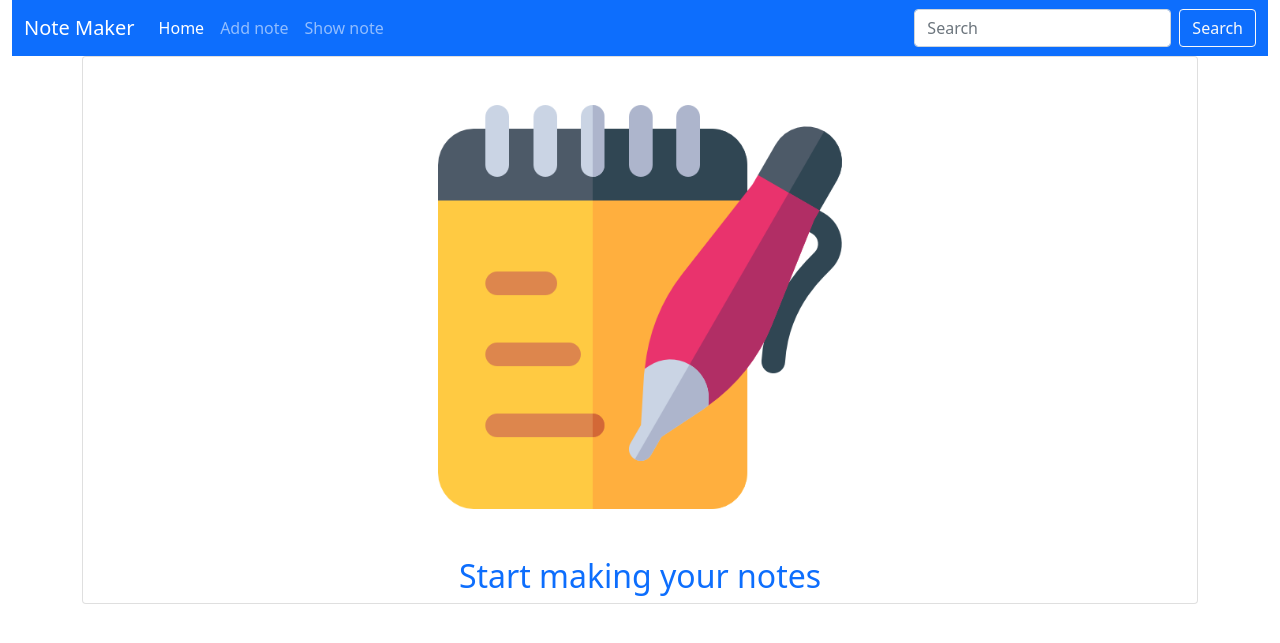
Repository: sachin1830/hibernateproject
Page: http://localhost/com.todolist/
An editor plug-in stored every save of this project. The page is shown before and after the next save, followed by the edit.
The browser window is 1280 px wide. The pictures show the whole page.
Some web libraries are served in a nearby version. The page is served by Tomcat 9. Other server files are loaded and not shown.

Above is the page before, as saved 2021-01-23 06:00:59.

### com.todolist/src/main/webapp/index.jsp
<!doctype html>
<html lang="en">
  <head>
    <!-- Required meta tags -->
    <meta charset="utf-8">
    <meta name="viewport" content="width=device-width, initial-scale=1">

    <!-- Bootstrap CSS -->
    <link href="https://cdn.jsdelivr.net/npm/bootstrap@5.0.0-beta1/dist/css/bootstrap.min.css" rel="stylesheet" integrity="sha384-giJF6kkoqNQ00vy+HMDP7azOuL0xtbfIcaT9wjKHr8RbDVddVHyTfAAsrekwKmP1" crossorigin="anonymous">

    <title>Todolist</title>
  </head>
  <body>
  	<div class="container-fluid">
  		<%@include file="navbar.jsp" %>
  	</div>
  	<div class="container">
  		<div class="card">
  			<img src="img/notes.png" alt="image not found" style="max-width:500px" class="img-fluid mx-auto p-5">
  			<h2 class="text-center text-primary">Start making your notes</h2>
  		</div>
  	</div>

    <script src="https://cdn.jsdelivr.net/npm/bootstrap@5.0.0-beta1/dist/js/bootstrap.bundle.min.js" integrity="sha384-ygbV9kiqUc6oa4msXn9868pTtWMgiQaeYH7/t7LECLbyPA2x65Kgf80OJFdroafW" crossorigin="anonymous"></script>
    <script src="https://cdn.jsdelivr.net/npm/@popperjs/core@2.5.4/dist/umd/popper.min.js" integrity="sha384-q2kxQ16AaE6UbzuKqyBE9/u/KzioAlnx2maXQHiDX9d4/zp8Ok3f+M7DPm+Ib6IU" crossorigin="anonymous"></script>
    <script src="https://cdn.jsdelivr.net/npm/bootstrap@5.0.0-beta1/dist/js/bootstrap.min.js" integrity="sha384-pQQkAEnwaBkjpqZ8RU1fF1AKtTcHJwFl3pblpTlHXybJjHpMYo79HY3hIi4NKxyj" crossorigin="anonymous"></script>

  </body>
</html>

### com.todolist/src/main/webapp/navbar.jsp
<nav class="navbar navbar-expand-lg navbar-dark bg-primary">
  <div class="container-fluid">
    <a class="navbar-brand" href="index.jsp">Note Maker</a>
    <button class="navbar-toggler" type="button" data-bs-toggle="collapse" data-bs-target="#navbarSupportedContent" aria-controls="navbarSupportedContent" aria-expanded="false" aria-label="Toggle navigation">
      <span class="navbar-toggler-icon"></span>
    </button>
    <div class="collapse navbar-collapse" id="navbarSupportedContent">
      <ul class="navbar-nav me-auto mb-2 mb-lg-0">

        <li class="nav-item">
          <a class="nav-link active" aria-current="page" href="index.jsp">Home</a>
        </li>
        <li class="nav-item">
          <a class="nav-link" href="add_note.jsp">Add note </a>
        </li>
         <li class="nav-item">
          <a class="nav-link" href="all_note.jsp">Show note </a>
        </li>

      </ul>
      <form class="d-flex">
        <input class="form-control me-2" type="search" placeholder="Search" aria-label="Search">
        <button class="btn btn-outline-light" type="submit">Search</button>
      </form>
    </div>
  </div>
</nav>

After the next save:
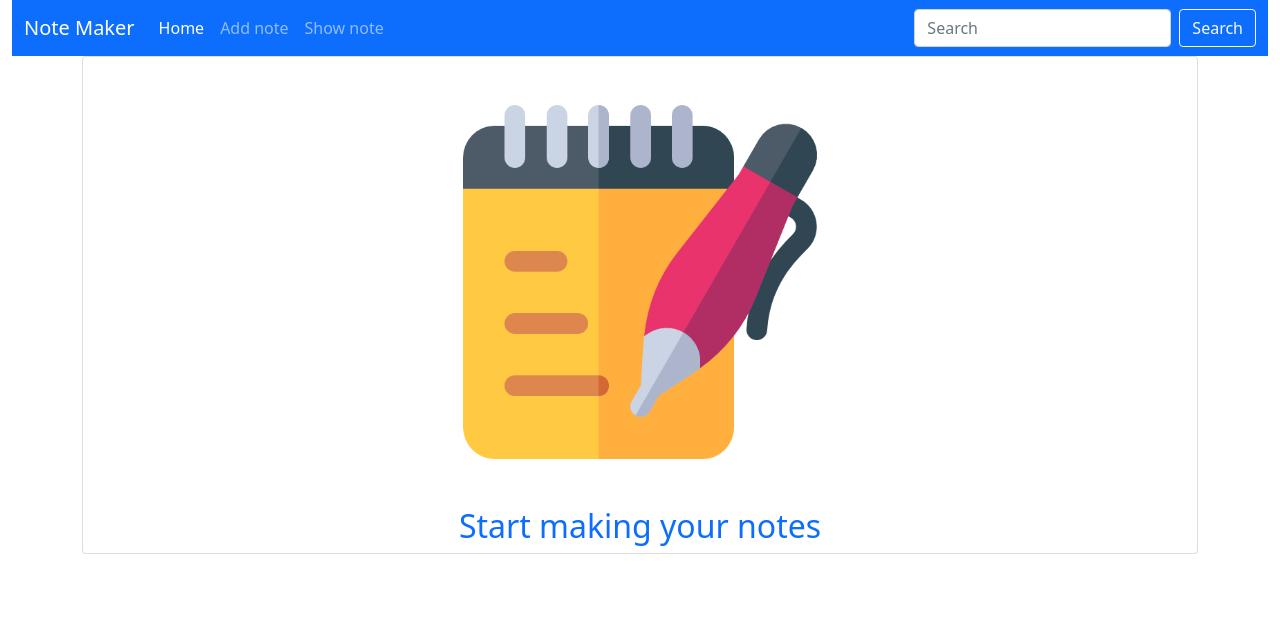
Saved 14 s later.
--- a/com.todolist/src/main/webapp/index.jsp
+++ b/com.todolist/src/main/webapp/index.jsp
@@ -16,7 +16,7 @@
   	</div>
   	<div class="container">
   		<div class="card">
-  			<img src="img/notes.png" alt="image not found" style="max-width:500px" class="img-fluid mx-auto p-5">
+  			<img src="img/notes.png" alt="image not found" style="max-width:450px" class="img-fluid mx-auto p-5">
   			<h2 class="text-center text-primary">Start making your notes</h2>
   		</div>
   	</div>
